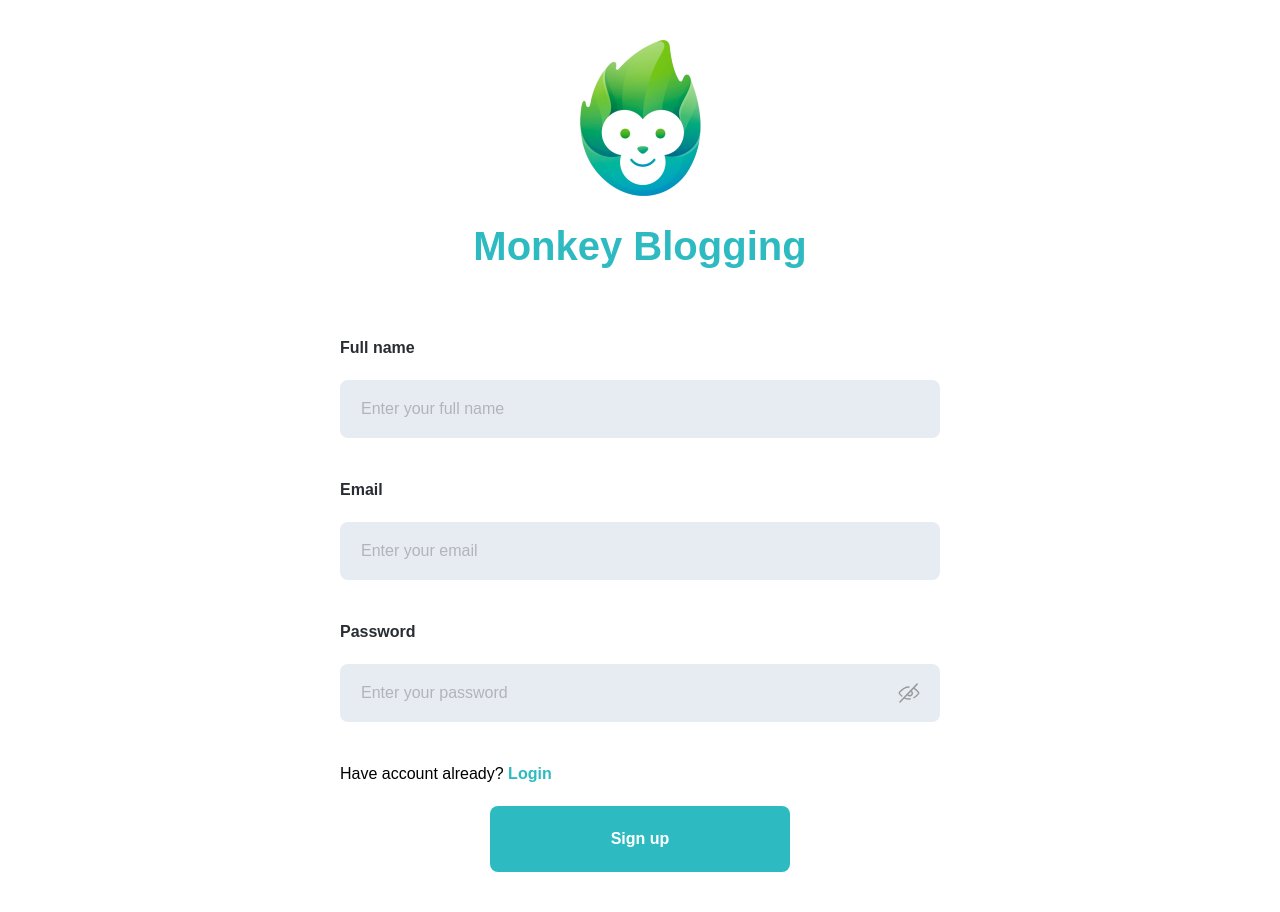
Repository: Kaii-Dev/Blogging
Page: /sign-up
These files come from the project's save history. The page is drawn as it stood at one moment and after the next save; the edit follows.
The browser window is 1280 px wide. The pictures show the whole page.
The project was rebuilt for these pictures with package versions that can differ from the ones it lists, and the page was loaded fresh each time. Also part of the build but not shown: src/components/loading/LoadingSpinner.js, src/components/layout/Header.js, src/module/home/HomeBanner.js, src/components/layout/Heading.js, src/module/post/PostFeatureItem.js, src/module/home/HomeFeature.js, src/module/home/HomeNewest.js, src/pages/HomePage.js and 3 more.

Above is the page before, as saved 2022-08-08 21:53:11.

After the next save:
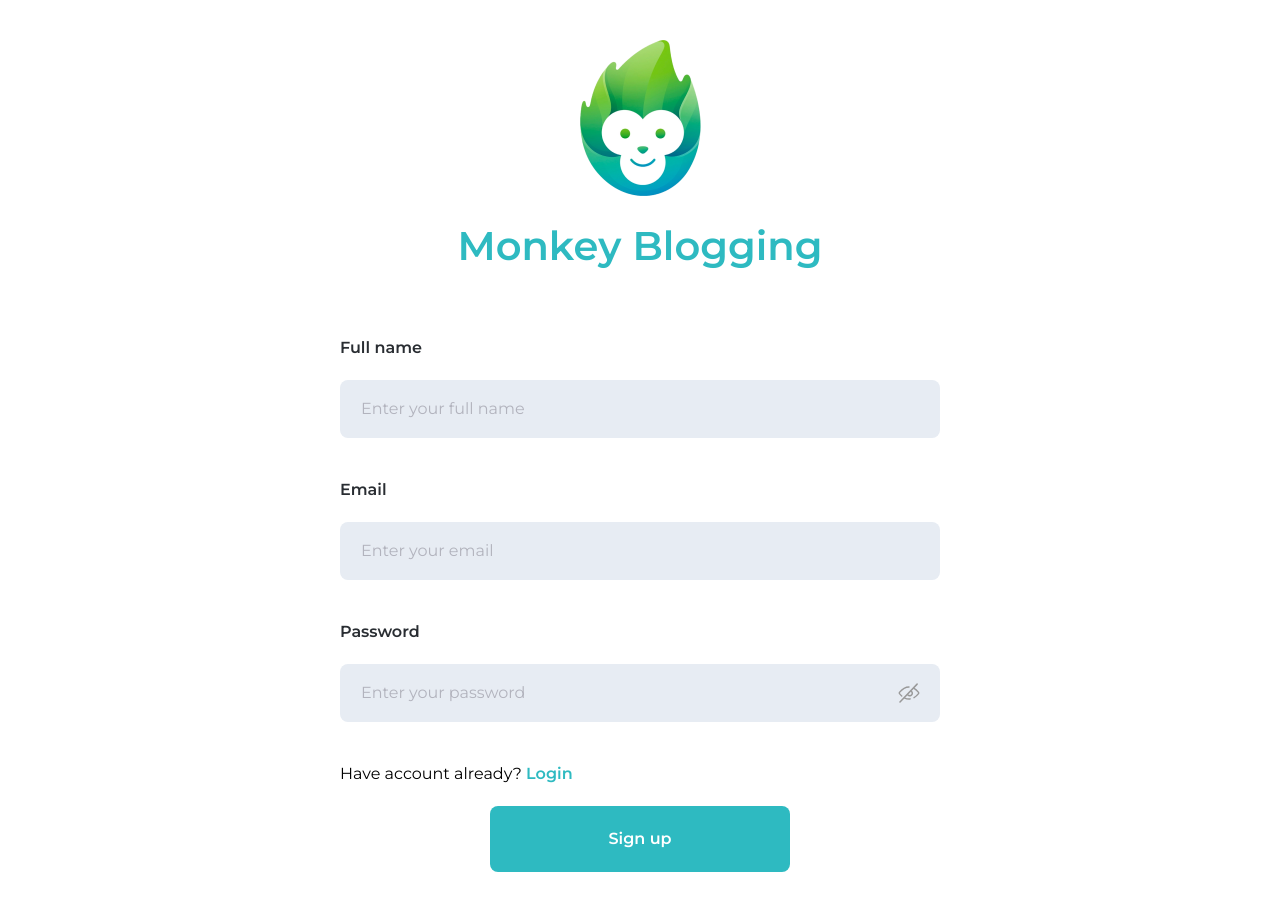
Saved 2 min 53 s later.
--- a/src/styles/index.scss
+++ b/src/styles/index.scss
@@ -43,9 +43,9 @@
 h6 {
   overflow-wrap: break-word;
 }
-a {
-  text-decoration: none;
-  color: inherit;
+body {
+  font-family: "Montserrat", sans-serif;
+  font-size: 16px;
 }
 .container {
   width: 100%;
@@ -53,19 +53,45 @@
   margin: 0 auto;
   padding: 0 20px;
 }
-
-body {
-  font-family: "Poppins", sans-serif;
-  font-size: 16px;
+a {
+  text-decoration: none;
+  color: inherit;
 }
-
 .text-primary {
   color: #a4d96c;
 }
+.grid-layout {
+  display: grid;
+  grid-auto-columns: 235px;
+  gap: 20px;
+  -ms-overflow-style: none;
+  scrollbar-width: none;
+  &::-webkit-scrollbar {
+    display: none;
+  }
+  @media screen and (min-width: 1024px) {
+    grid-template-columns: repeat(3, minmax(0, 1fr));
+    gap: 48px;
+  }
+  @media screen and (max-width: 1023.98px) {
+    grid-auto-flow: column;
+    scroll-snap-type: x mandatory;
+    overflow-x: auto;
+  }
 
+  & > * {
+    scroll-snap-align: start;
+  }
+  &--primary {
+    grid-auto-columns: 220px;
+    @media screen and (min-width: 1024px) {
+      grid-template-columns: repeat(4, minmax(0, 1fr));
+    }
+  }
+}
 .home-block {
   padding-bottom: 40px;
-  @media screen and (max-width: 1024px) {
+  @media screen and (min-width: 1024px) {
     padding-bottom: 60px;
   }
 }
